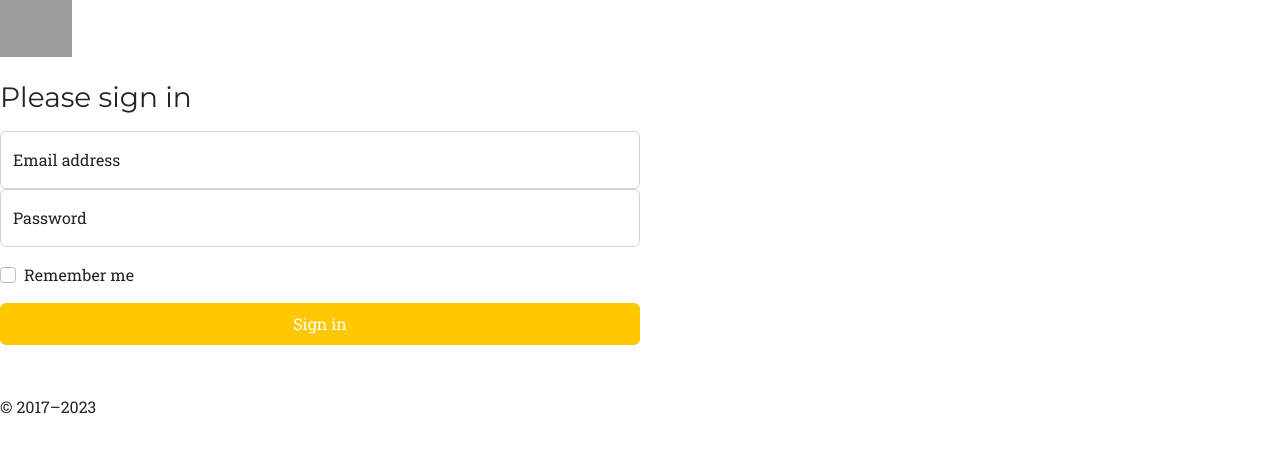
Repository: aquilesascar/TCC_1
Page: Tela Inicial/html/loginteste.html
An editor plug-in stored every save of this project. The page is shown before and after the next save, followed by the edit.
The browser window is 1280 px wide. The pictures show the whole page.
Pictures or frames that could not be fetched are drawn as grey boxes. Some web libraries are served in a nearby version.

Above is the page before, as saved 2023-07-10 13:44:21.

### Tela Inicial/html/loginteste.html
<!DOCTYPE html>
<html lang="en">
<head>
    <meta charset="UTF-8">
    <meta http-equiv="X-UA-Compatible" content="IE=edge">
    <meta name="viewport" content="width=device-width, initial-scale=1.0">
    <title>Document</title>
     <!-- Favicon-->
     <link rel="icon" type="image/x-icon" href="assets/favicon.ico" />
     <!-- Font Awesome icons (free version)-->
     <script src="https://use.fontawesome.com/releases/v6.3.0/js/all.js" crossorigin="anonymous"></script>
     <!-- Google fonts-->
     <link href="https://fonts.googleapis.com/css?family=Montserrat:400,700" rel="stylesheet" type="text/css" />
     <link href="https://fonts.googleapis.com/css?family=Roboto+Slab:400,100,300,700" rel="stylesheet" type="text/css" />
     <!-- Core theme CSS (includes Bootstrap)-->
     <link href="../css/styles.css" rel="stylesheet" />
</head>
<body>
    <main class="form-signin w-100 m-auto">
        <div class="col-6 text">
        <form>
          <img class="mb-4" src="/docs/5.3/assets/brand/bootstrap-logo.svg" alt="" width="72" height="57">
          <h1 class="h3 mb-3 fw-normal">Please sign in</h1>

          <div class="form-floating">
            <input type="email" class="form-control" id="floatingInput" placeholder="name@example.com">
            <label for="floatingInput">Email address</label>
          </div>
          <div class="form-floating">
            <input type="password" class="form-control" id="floatingPassword" placeholder="Password">
            <label for="floatingPassword">Password</label>
          </div>

          <div class="form-check text-start my-3">
            <input class="form-check-input" type="checkbox" value="remember-me" id="flexCheckDefault">
            <label class="form-check-label" for="flexCheckDefault">
              Remember me
            </label>
          </div>
          <button class="btn btn-primary w-100 py-2" type="submit">Sign in</button>
          <p class="mt-5 mb-3 text-body-secondary">&copy; 2017–2023</p>
        </form>
    </div>
      </main>

</body>
</html>

Loaded but not shown: Tela Inicial/css/styles.css (library)

After the next save:
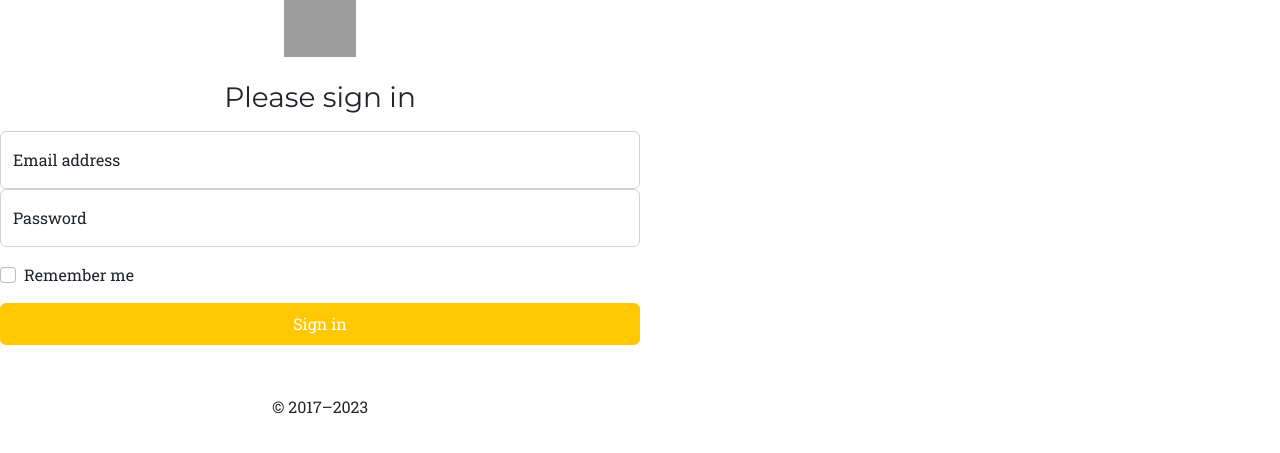
Saved 7 s later.
--- a/Tela Inicial/html/loginteste.html
+++ b/Tela Inicial/html/loginteste.html
@@ -17,7 +17,7 @@
 </head>
 <body>
     <main class="form-signin w-100 m-auto">
-        <div class="col-6 text">
+        <div class="col-6 text-center">
         <form>
           <img class="mb-4" src="/docs/5.3/assets/brand/bootstrap-logo.svg" alt="" width="72" height="57">
           <h1 class="h3 mb-3 fw-normal">Please sign in</h1>

After the save that followed:
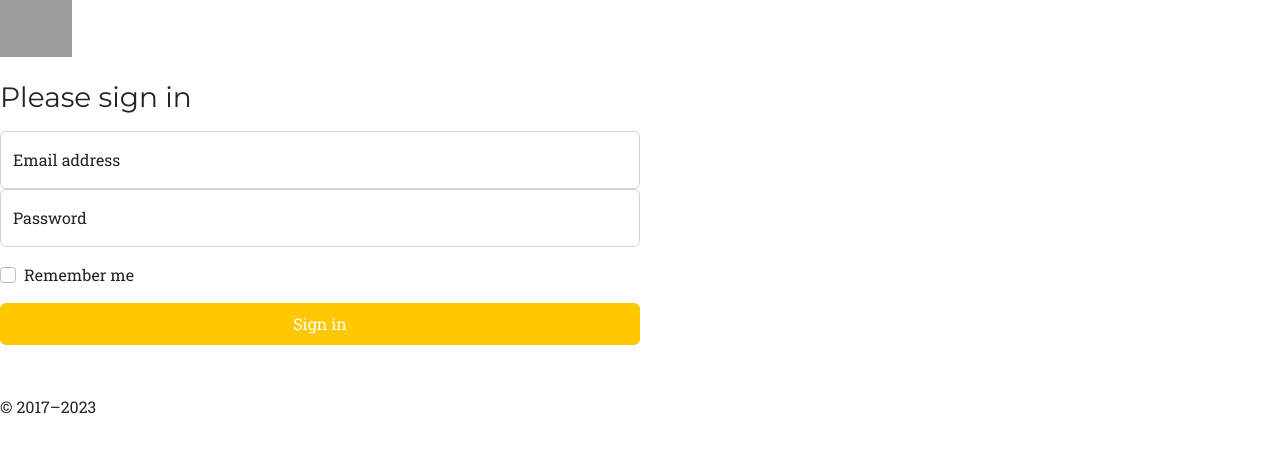
Saved 8 s later.
--- a/Tela Inicial/html/loginteste.html
+++ b/Tela Inicial/html/loginteste.html
@@ -17,7 +17,7 @@
 </head>
 <body>
     <main class="form-signin w-100 m-auto">
-        <div class="col-6 text-center">
+        <div class="col-6">
         <form>
           <img class="mb-4" src="/docs/5.3/assets/brand/bootstrap-logo.svg" alt="" width="72" height="57">
           <h1 class="h3 mb-3 fw-normal">Please sign in</h1>
